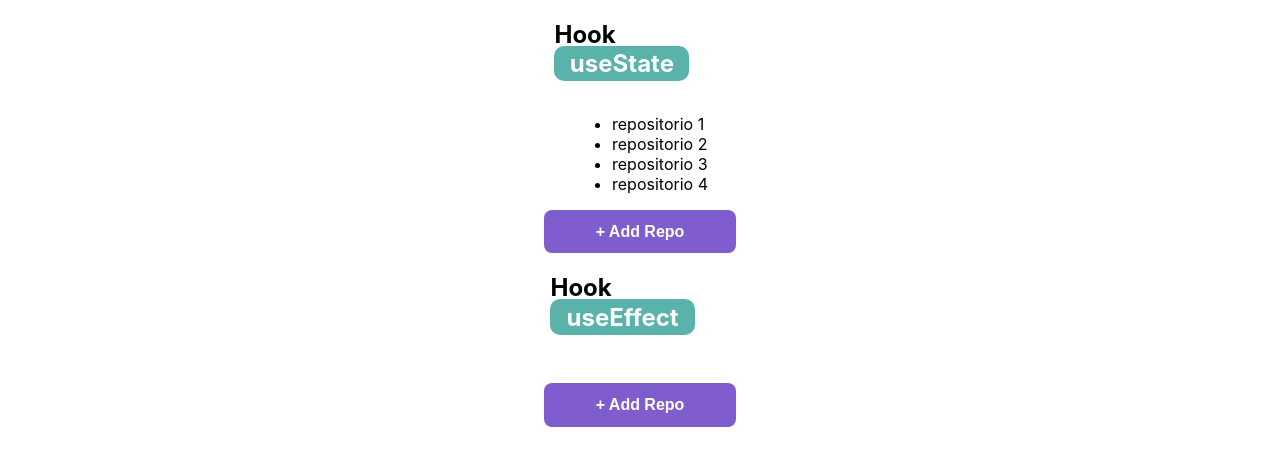
Repository: thiagolucio/react-hooks-use
Page: /
These files come from the project's save history. The page is drawn as it stood at one moment and after the next save; the edit follows.
The browser window is 1280 px wide. The pictures show the whole page.
The project was rebuilt for these pictures with package versions that can differ from the ones it lists, and the page was loaded fresh each time.

Above is the page before, as saved 2022-03-08 22:41:16.

After the next save:
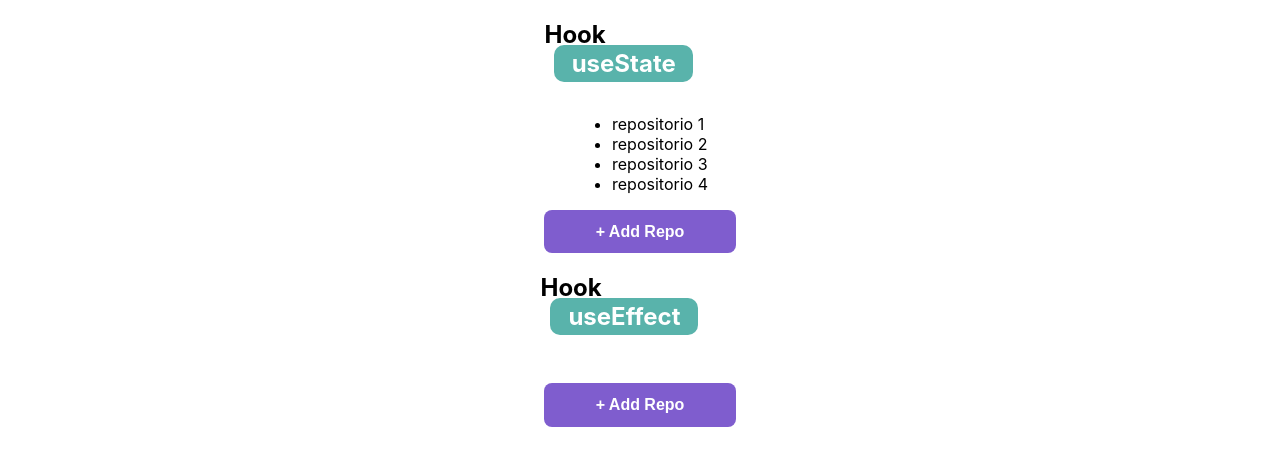
Saved 6 s later.
--- a/src/Components/UseStateExample.css
+++ b/src/Components/UseStateExample.css
@@ -33,5 +33,5 @@
     font-weight: bold;
     border: none;
     border-radius: 10px;
-    margin-top: 10px;
+    margin: 10px;
 }

After the save that followed:
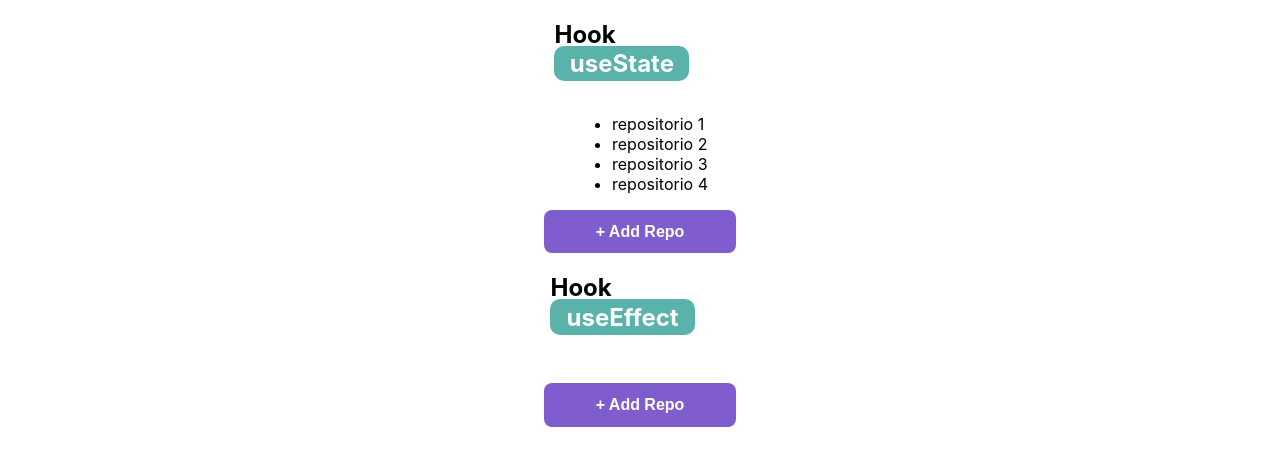
Saved 7 s later.
--- a/src/Components/UseStateExample.css
+++ b/src/Components/UseStateExample.css
@@ -33,5 +33,5 @@
     font-weight: bold;
     border: none;
     border-radius: 10px;
-    margin: 10px;
+    margin: 10px 0;
 }
